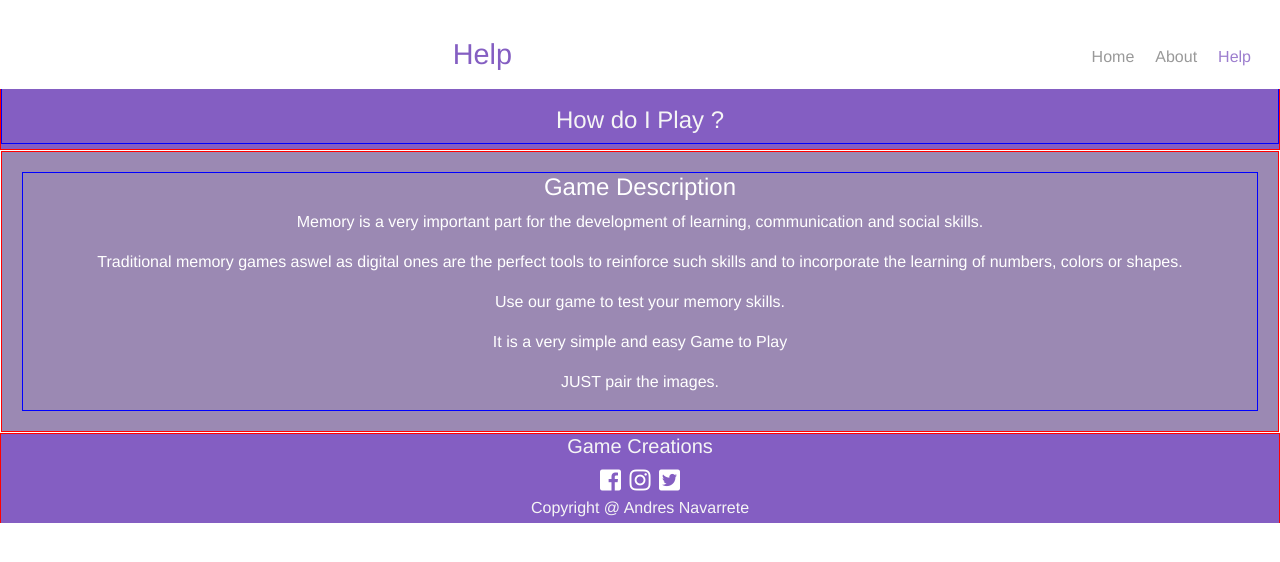
Repository: andna5980/memorise
Page: help.html
These files come from the project's save history. The page is drawn as it stood at one moment and after the next save; the edit follows.
The browser window is 1280 px wide. The pictures show the whole page.
Some web fonts or font styles are not loaded; a fallback is used. Some web libraries are served in a nearby version.

Above is the page before, as saved 2021-05-11 18:52:06.
Console error: SyntaxError: Unexpected end of input

After the next save:
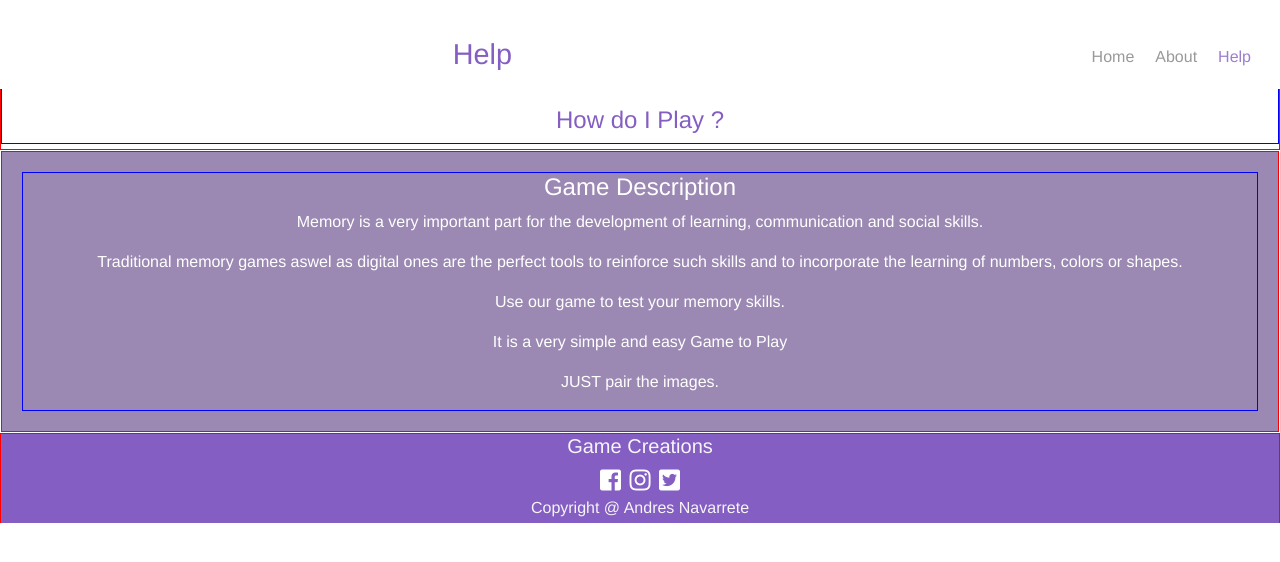
Saved 2 min 35 s later.
--- a/assets/styles/style.css
+++ b/assets/styles/style.css
@@ -8,8 +8,8 @@ body {
 
 header {
     font-family: Original Surfer, Amatic, Helvetica;
-    color: whitesmoke;
-    background-color: #845EC2;
+    color:  #845EC2;
+    /*background-color: #845EC2;*/
 }
 
 /* ----- ROWS AND COLUMM AREAS - TESTING -----*/
